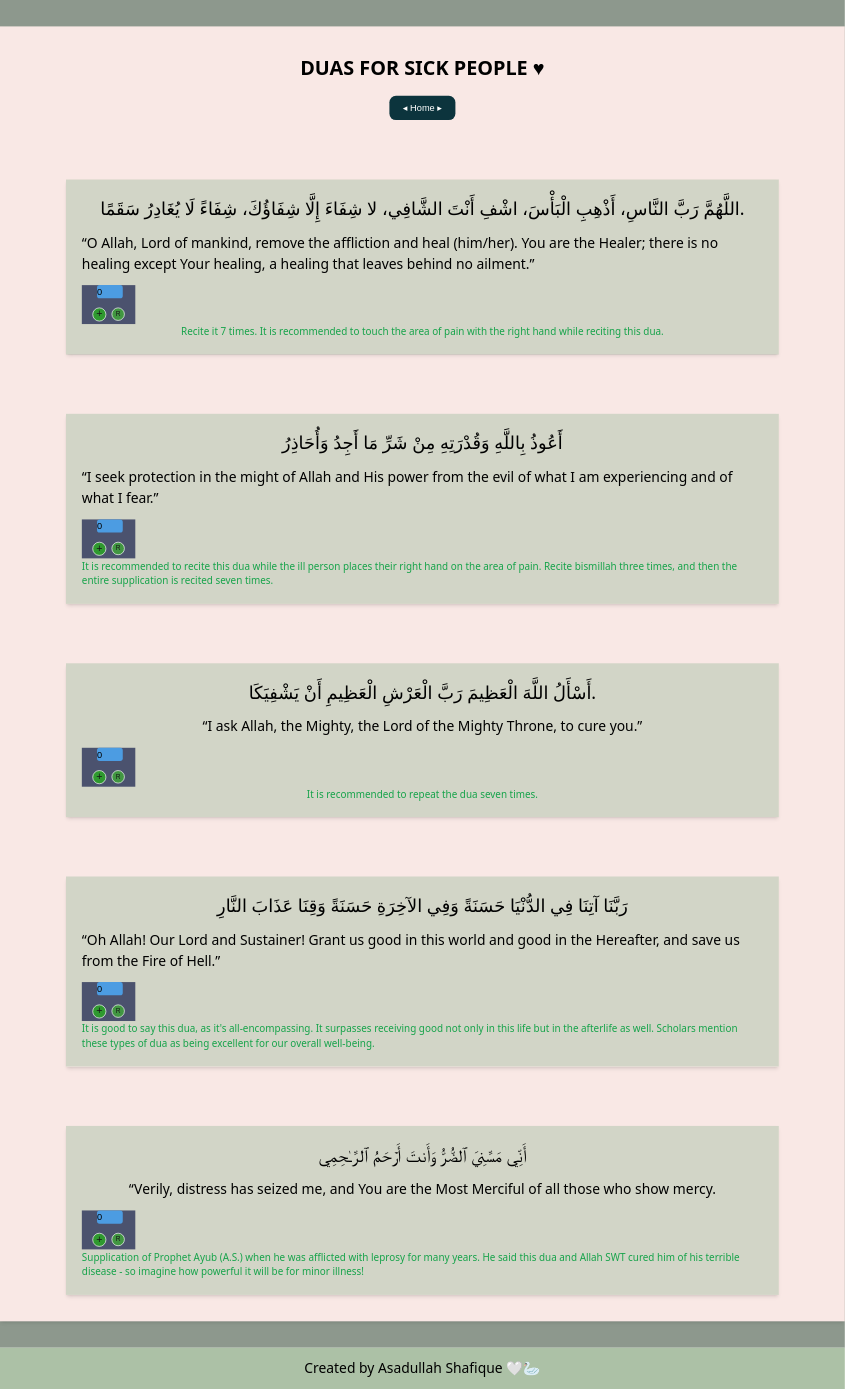
Repository: asadullah48/Duas_Diary
Page: /sick
An editor plug-in stored every save of this project. The page is shown before and after the next save, followed by the edit.
The browser window is 1280 px wide. The pictures show the whole page, at 66% of full size.
The project was rebuilt for these pictures with package versions that can differ from the ones it lists, and the page was loaded fresh each time. The framework's server and built-in components were replaced by stand-ins that run in the browser. Also part of the build but not shown: next.config.ts.

Above is the page before, as saved 2024-11-30 10:23:39.

### src/app/layout.tsx
import type { Metadata } from "next";
import localFont from "next/font/local";
import "./globals.css";
import Footer from "../components/footer";

const geistSans = localFont({
  src: "./fonts/GeistVF.woff",
  variable: "--font-geist-sans",
  weight: "100 900",
});
const geistMono = localFont({
  src: "./fonts/GeistMonoVF.woff",
  variable: "--font-geist-mono",
  weight: "100 900",
});

export const metadata: Metadata = {
  title: "Create Next App",
  description: "Generated by create next app",
};

export default function RootLayout({
  children,
}: Readonly<{
  children: React.ReactNode;
}>) {
  return (
    <html lang="en">
      <body
        className={`${geistSans.variable} ${geistMono.variable} antialiased`}
      >
        {children}
        <Footer/>
      </body>
    </html>
  );
}

### src/app/sick/page.tsx
import Link from "next/link";
import LightPinkSection from "@/components/props";
import Button from "@/components/button";

export default function Sick() {
  return (
    <div className="w-full h-auto bg-[#8D988D] flex justify-center items-center py-10">
      <div className="w-[95%] lg:w-[1300px] h-auto bg-[#F9E8E5] p-5 lg:p-10 rounded-md shadow-md">
        <div className="font-sans font-bold text-[24px] lg:text-[30px] text-black text-center mb-5">
          DUAS FOR SICK PEOPLE ♥
        </div>
        <Link href="/">
          <button className="bg-[#0c343d] text-white text-[12px] lg:text-[14px] mt-3 mb-5 mx-auto block rounded-[10px] px-5 py-2">
            ◂ Home ▸
          </button>
        </Link>

        {/* Dua Sections */}
        <LightPinkSection
          paragraph="اللَّهُمَّ رَبَّ النَّاسِ، أَذْهِبِ الْبَأْسَ، اشْفِ أَنْتَ الشَّافِي، لا شِفَاءَ إِلَّا شِفَاؤُكَ، شِفَاءً لَا يُغَادِرُ سَقَمًا."
          paragraph2="“O Allah, Lord of mankind, remove the affliction and heal (him/her). You are the Healer; there is no healing except Your healing, a healing that leaves behind no ailment.”"
          buttonText={<Button />}
          note="Recite it 7 times. It is recommended to touch the area of pain with the right hand while reciting this dua."
        />
        <LightPinkSection
          paragraph="أَعُوذُ بِاللَّهِ وَقُدْرَتِهِ مِنْ شَرِّ مَا أَجِدُ وَأُحَاذِرُ"
          paragraph2="“I seek protection in the might of Allah and His power from the evil of what I am experiencing and of what I fear.”"
          buttonText={<Button />}
          note="It is recommended to recite this dua while the ill person places their right hand on the area of pain. Recite bismillah three times, and then the entire supplication is recited seven times."
        />
        <LightPinkSection
          paragraph="أَسْأَلُ اللَّهَ الْعَظِيمَ رَبَّ الْعَرْشِ الْعَظِيمِ أَنْ يَشْفِيَكَا."
          paragraph2="“I ask Allah, the Mighty, the Lord of the Mighty Throne, to cure you.”"
          buttonText={<Button />}
          note="It is recommended to repeat the dua seven times."
        />
        <LightPinkSection
          paragraph="رَبَّنَا آتِنَا فِي الدُّنْيَا حَسَنَةً وَفِي الآخِرَةِ حَسَنَةً وَقِنَا عَذَابَ النَّارِ"
          paragraph2="“Oh Allah! Our Lord and Sustainer! Grant us good in this world and good in the Hereafter, and save us from the Fire of Hell.”"
          buttonText={<Button />}
          note="It is good to say this dua, as it's all-encompassing. It surpasses receiving good not only in this life but in the afterlife as well. Scholars mention these types of dua as being excellent for our overall well-being."
        />
        <LightPinkSection
          paragraph="أَنِّي مَسَّنِيَ ٱلضُّرُّ وَأَنتَ أَرۡحَمُ ٱلرَّـٰحِمِي"
          paragraph2="“Verily, distress has seized me, and You are the Most Merciful of all those who show mercy."
          buttonText={<Button />}
          note="Supplication of Prophet Ayub (A.S.) when he was afflicted with leprosy for many years. He said this dua and Allah SWT cured him of his terrible disease - so imagine how powerful it will be for minor illness!"
        />
      </div>
    </div>
  );
}

### src/components/footer.tsx
// components/Footer.tsx
export default function Footer() {
    return (
      <footer className="w-full bg-[#acc1a6] py-4">
        <div className="text-center text-black font-sans text-[17px] sm:text-[19px] lg:text-[21px]">
          Created by Asadullah Shafique 🤍🦢
        </div>
      </footer>
    );
  }

### src/components/props.tsx
import { ReactNode } from "react";

type SectionProps = {
  paragraph: string;
  buttonText: ReactNode;
  paragraph2: string;
  note: string; // Allows JSX elements, strings, or components
};

export default function LightPinkSection({
  paragraph,
  buttonText,
  paragraph2,
  note,
}: SectionProps) {
  return (
    <div className="w-[90%] bg-[#2680412f] p-6 rounded-lg mx-auto shadow-md mt-[90px]">
      <p className="text-black text-[27px] font-sans mb-4 flex justify-center">
        {paragraph}
      </p>
      <p className="text-black text-[21px] font-sans mb-4 flex justify-center">
        {paragraph2}
      </p>
      <div>{buttonText}</div>
      <p className="text-green-600 text-[15px] font-sans flex justify-center">
        {note}
      </p>
    </div>
  );
}

### src/components/button.tsx
"use client";

import { useState } from "react";

export default function Button() {
  // hook, event ke against ui ko update krna
  let [count, setcount] = useState(0); //returns array ik element hota hai jese yaha pr 0 hai  ik function aur jo function hota hai woh humari value hoti h
  console.log(count);

  const handleClick = () => {
    setcount(count + 1); //re-renders new value
  };

  const handleReset = () => {
    setcount(0); // reset back to 0
  };

  return (
    <div className="bg-[#071041a8] w-[81px] h-[59px] flex flex-col items-center justify-between">
      <p className="text-black w-[39px] flex text-sm bg-[#4c9ce2] rounded ml-1">
        {count}
      </p>

      <div className="flex space-x-2 mt-2">
        <button
          onClick={handleClick}
          className="bg-[#2f992f] w-[21px] h-[21px] px-1 py-1 rounded-full border mt-1 mb-1 border-white flex items-center justify-center text-center"
        >
          +
        </button>

        {/* Reset Button */}
        <button
          onClick={handleReset}
          className="bg-[#419641] w-[20px] h-[20px] px-1 py-1 rounded-full border mt-1 mb-1 border-white flex items-center justify-center text-[10px] text-center"
        >
          R
        </button>
      </div>
    </div>
  );
}

Loaded but not shown: src/app/globals.css (common file); tailwind.config.ts (common file)

After the next save:
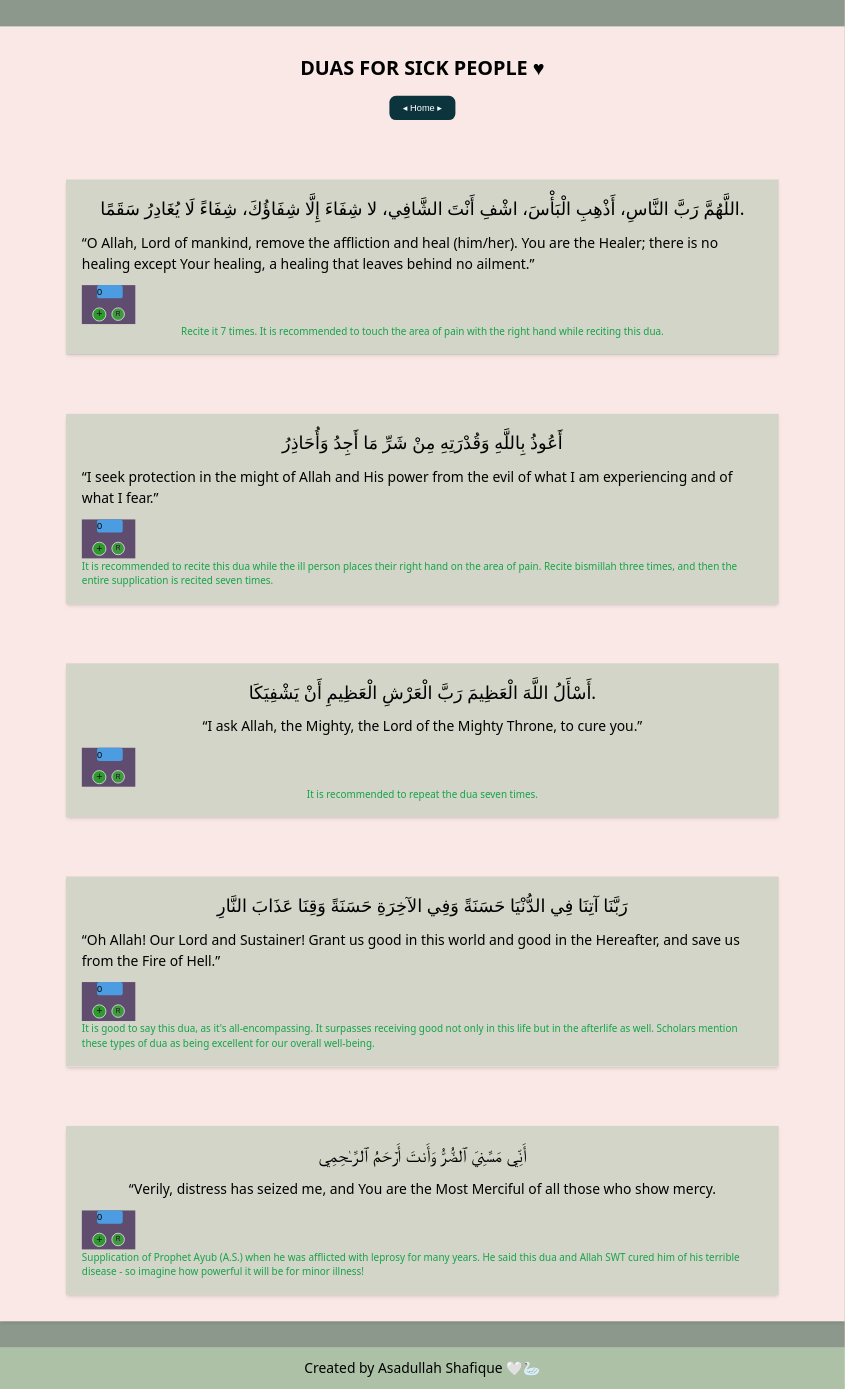
Saved 15 s later.
--- a/src/components/button.tsx
+++ b/src/components/button.tsx
@@ -16,7 +16,7 @@ export default function Button() {
   };
 
   return (
-    <div className="bg-[#071041a8] w-[81px] h-[59px] flex flex-col items-center justify-between">
+    <div className="bg-[#270741a8] w-[81px] h-[59px] flex flex-col items-center justify-between">
       <p className="text-black w-[39px] flex text-sm bg-[#4c9ce2] rounded ml-1">
         {count}
       </p>
